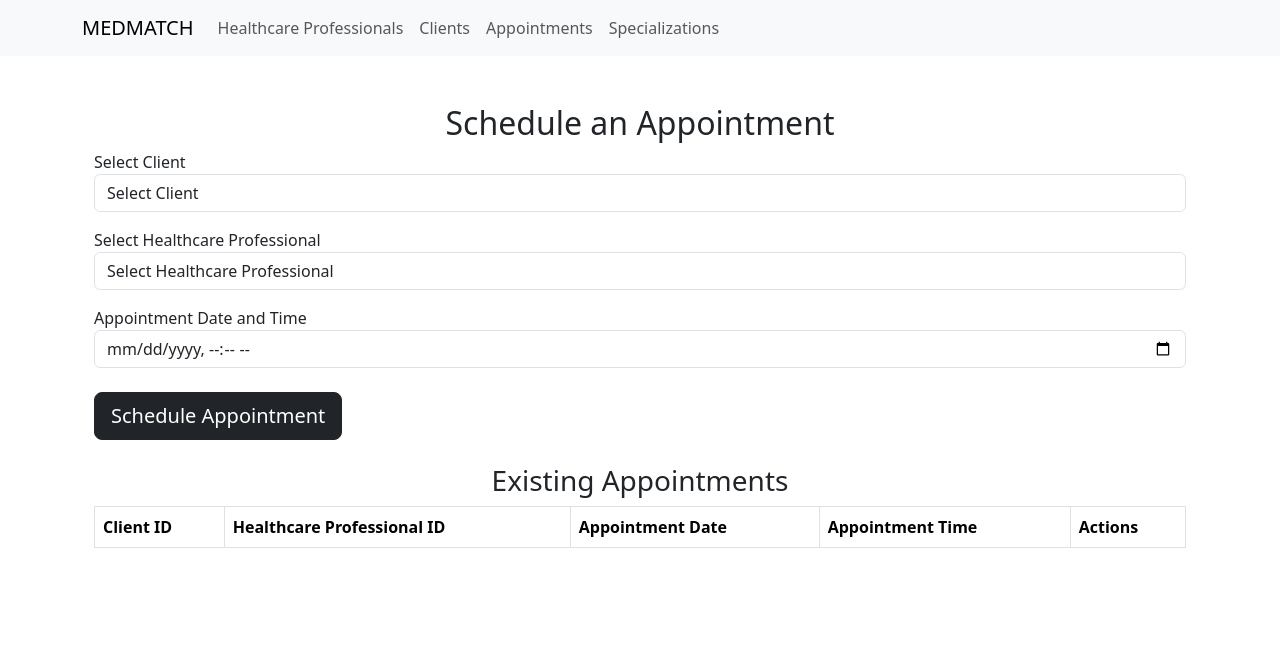
Repository: fahma20/medmatch-platform
Page: /appointments (app in client/)
The author's editor kept a copy of each file at every save. The page is drawn from the files as they stood at one save, then again after a run of saves.
The browser window is 1280 px wide. The pictures show the whole page.
The page's requests for data from a server got no answer. The project was rebuilt for these pictures with package versions that can differ from the ones it lists, and the page was loaded fresh each time. No one was signed in, and anything a server would have sent is missing. Also part of the build but not shown: client/src/components/Healthcareprofessionals.js, client/src/components/Specializations.js, client/src/components/Clients.js, client/src/components/Homepage.js.

Above is the page before, as saved 2025-01-31 10:11:39.

After the next 3 saves:
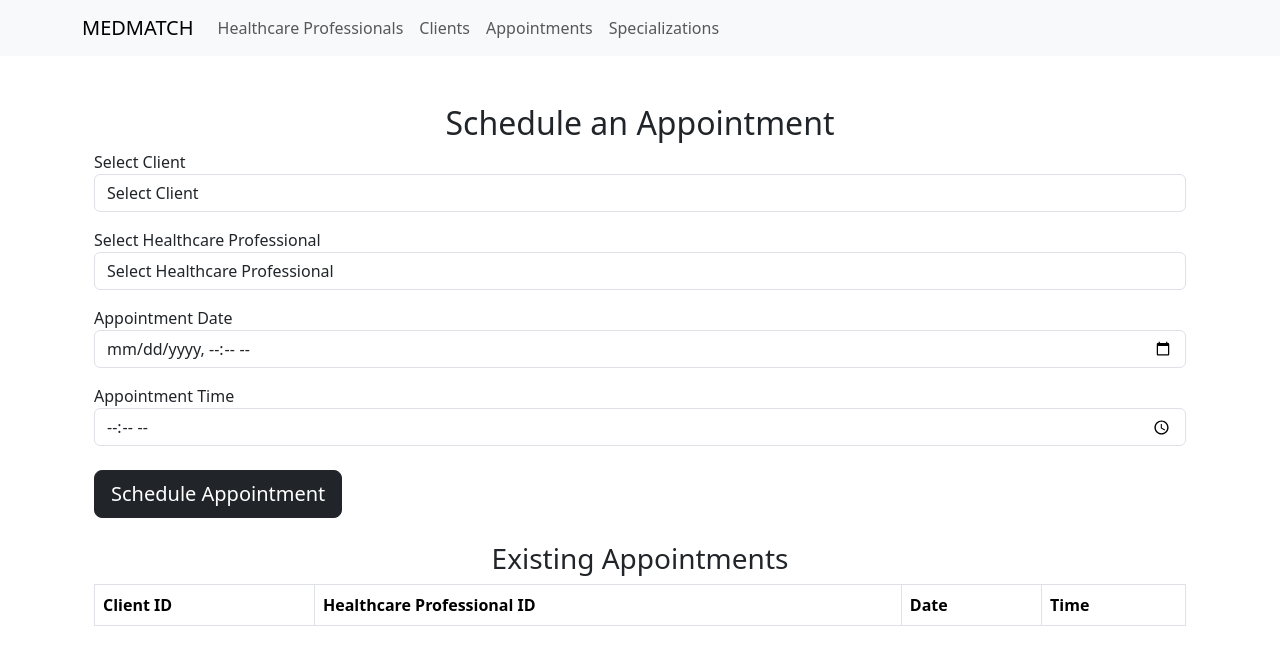
The 3 saves are shown as one change because they came seconds apart.
The last was saved 16 s later.
--- a/client/src/components/Appointments.js
+++ b/client/src/components/Appointments.js
@@ -234,39 +234,6 @@ const Appointments = () => {
         setProfessionalId('');
         setAppointmentDate('');
         setAppointmentTime('');
-    };
-
-    // Function to split date and time from a combined datetime string
-    const splitDateTime = (dateTime) => {
-        const date = new Date(dateTime);
-        // Check if the date is valid
-        if (isNaN(date)) {
-            return { date: 'Invalid Date', time: 'Invalid Time' }; // Handle invalid date
-        }
-
-        const formattedDate = date.toLocaleDateString(); // Format as mm/dd/yyyy
-        const formattedTime = date.toLocaleTimeString([], { hour: '2-digit', minute: '2-digit' }); // Format as hh:mm
-        return { date: formattedDate, time: formattedTime };
-    };
-
-    // Handle appointment deletion
-    const handleDelete = async (appointmentId) => {
-        try {
-            const response = await fetch(`http://127.0.0.1:5000/api/appointments/${appointmentId}`, {
-                method: 'DELETE',
-            });
-
-            if (response.ok) {
-                setAppointments((prevAppointments) =>
-                    prevAppointments.filter((appointment) => appointment.id !== appointmentId)
-                );
-                setMessage('Appointment deleted successfully!');
-            } else {
-                setMessage('Error deleting the appointment.');
-            }
-        } catch (error) {
-            setMessage('Error connecting to the server.');
-        }
     };
 
     return (
@@ -304,7 +271,7 @@ const Appointments = () => {
                     </select>
                 </div>
                 <div className="form-group mt-3">
-                    <label>Appointment Date and Time</label>
+                    <label>Appointment Date</label>
                     <input
                         type="datetime-local"
                         className="form-control"
@@ -313,6 +280,16 @@ const Appointments = () => {
                         required
                     />
                 </div>
+                <div className="form-group mt-3">
+                    <label>Appointment Time</label>
+                    <input
+                        type="time"
+                        className="form-control"
+                        value={appointmentTime}
+                        onChange={(e) => setAppointmentTime(e.target.value)}
+                        required
+                    />
+                </div>
                 <button type="submit" className="btn btn-dark btn-lg mt-4">
                     Schedule Appointment
                 </button>
@@ -327,31 +304,19 @@ const Appointments = () => {
                         <tr>
                             <th>Client ID</th>
                             <th>Healthcare Professional ID</th>
-                            <th>Appointment Date</th>
-                            <th>Appointment Time</th>
-                            <th>Actions</th>
+                            <th>Date</th>
+                            <th>Time</th>
                         </tr>
                     </thead>
                     <tbody>
-                        {appointments.map((appointment) => {
-                            const { date, time } = splitDateTime(appointment.date_time); // Split datetime into date and time
-                            return (
-                                <tr key={appointment.id}>
-                                    <td>{appointment.client_id}</td>
-                                    <td>{appointment.healthcare_professional_id}</td>
-                                    <td>{date}</td>
-                                    <td>{time}</td>
-                                    <td>
-                                        <button
-                                            className="btn btn-danger"
-                                            onClick={() => handleDelete(appointment.id)}
-                                        >
-                                            Delete
-                                        </button>
-                                    </td>
-                                </tr>
-                            );
-                        })}
+                        {appointments.map((appointment) => (
+                            <tr key={appointment.id}>
+                                <td>{appointment.client_id}</td>
+                                <td>{appointment.healthcare_professional_id}</td>
+                                <td>{appointment.date}</td>
+                                <td>{appointment.time}</td>
+                            </tr>
+                        ))}
                     </tbody>
                 </table>
             </div>
